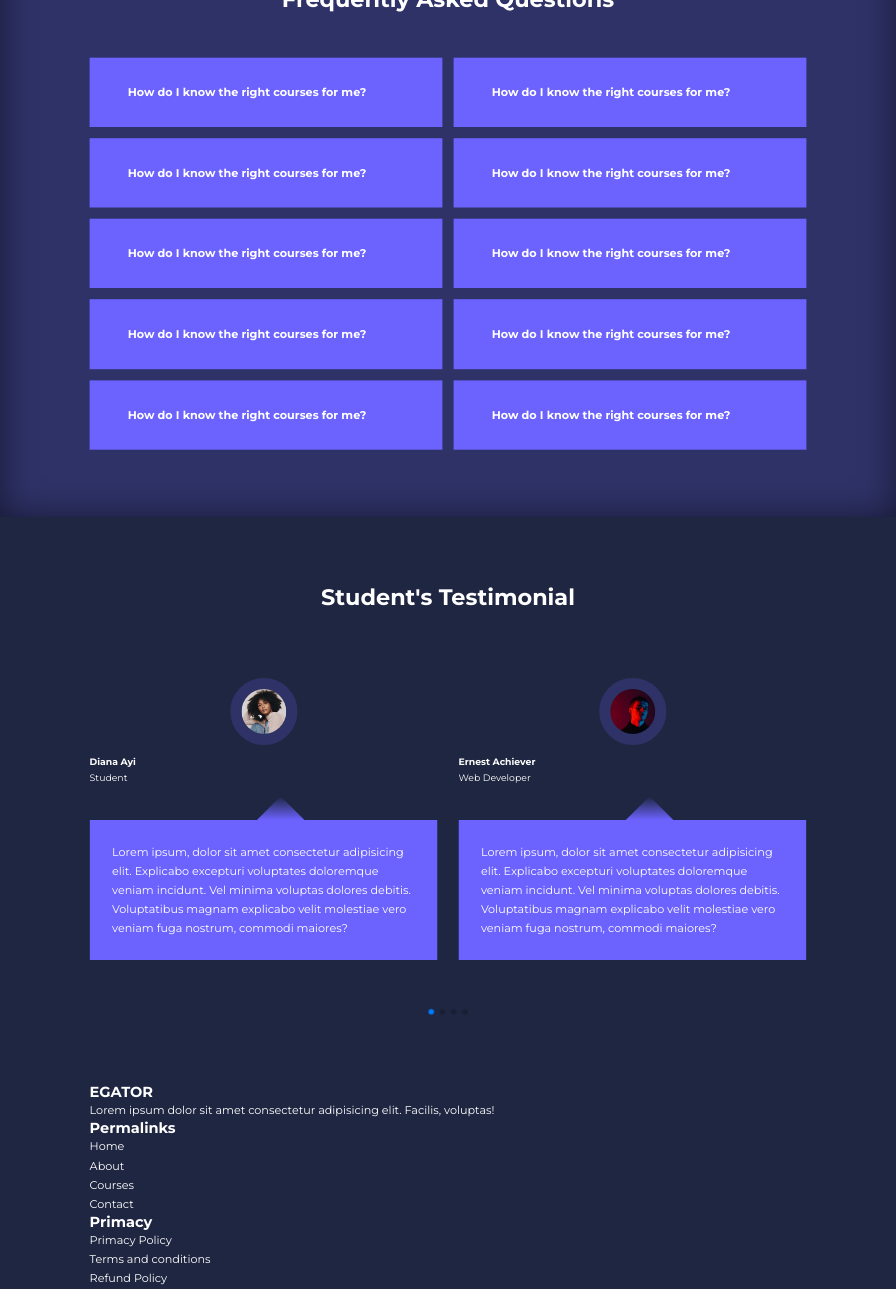
Repository: QUANGTHAI2003/education-web
Page: index.html
An editor plug-in stored every save of this project. The page is shown before and after the next save, followed by the edit.
The browser window is 1280 px wide. The pictures show the part of the page from y = 2148 to 4068 px (the page is 3989 px tall before and 4068 px after), at 70% of full size.
Some icons come from a web library that is not loaded, so they are not drawn.

Above is the page before, as saved 2022-03-12 08:55:48.

After the next save:
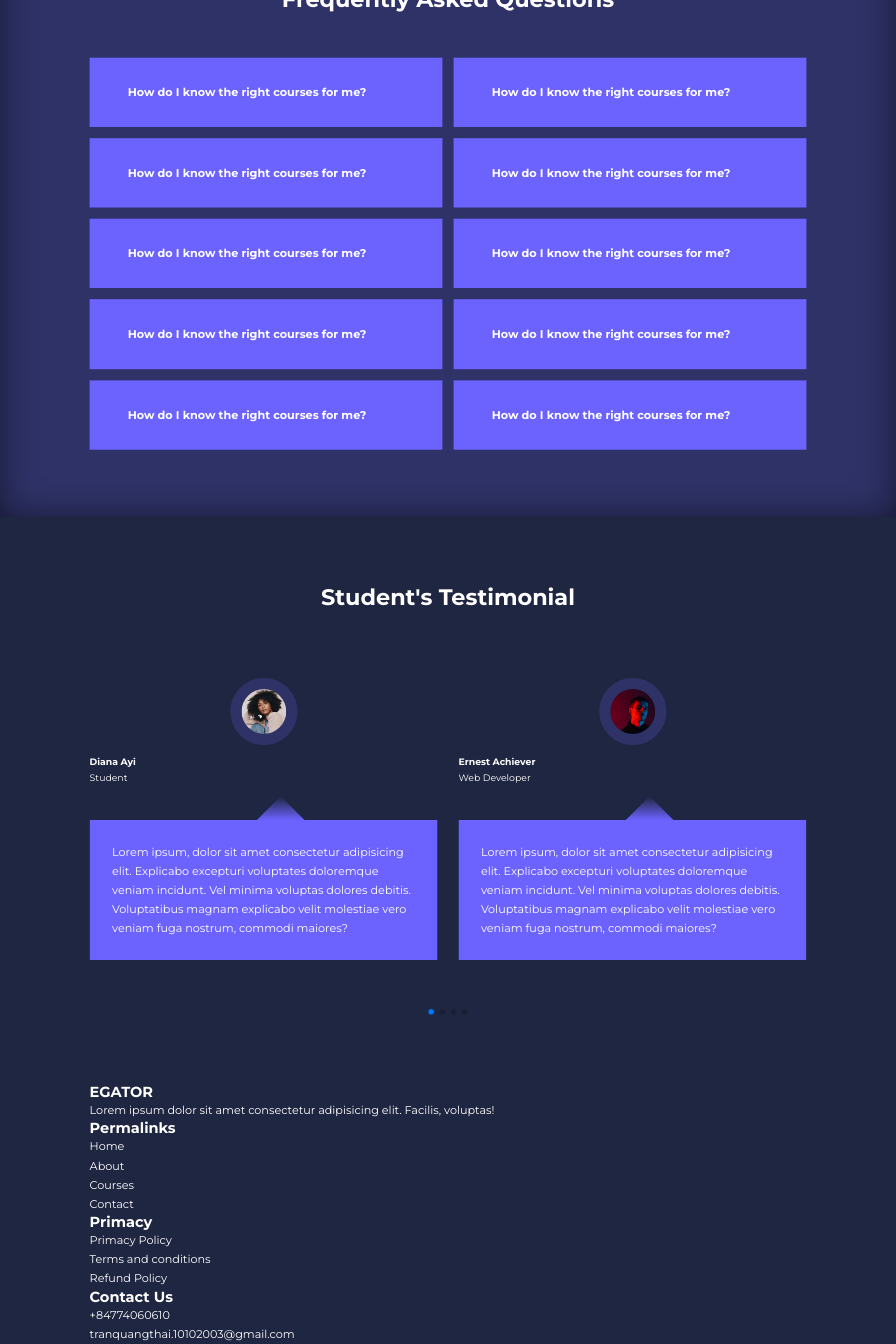
Saved 2 min 41 s later.
--- a/index.html
+++ b/index.html
@@ -426,6 +426,13 @@
                         <li><a href="#">Refund Policy</a></li>
                     </ul>
                 </div>
+                <div class="footer__4">
+                    <h4>Contact Us</h4>
+                    <div>
+                        <p>+84774060610</p>
+                        <p>tranquangthai.10102003@gmail.com</p>
+                    </div>
+                </div>
             </div>
         </footer>
         <script src="https://unpkg.com/swiper@8/swiper-bundle.min.js"></script>
